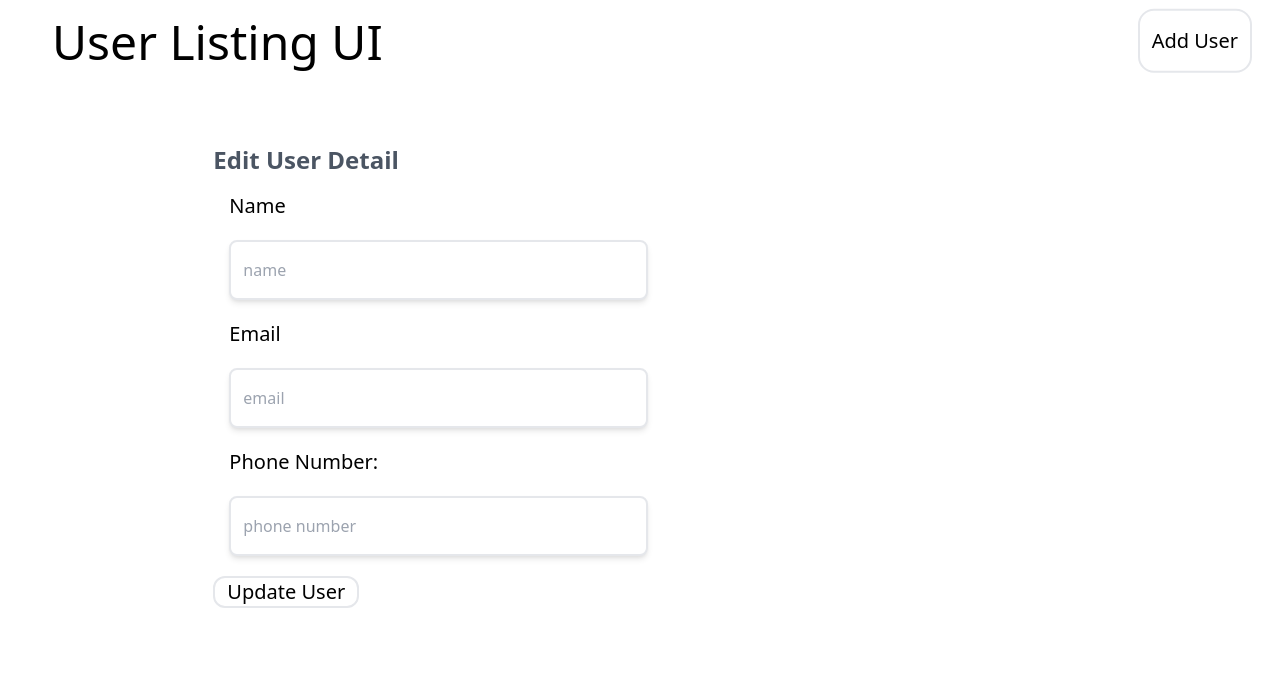
Repository: Marlstergo/listings
Page: /order (app in client/)
An editor plug-in stored every save of this project. The page is shown before and after the next save, followed by the edit.
The browser window is 1280 px wide. The pictures show the whole page.
The project was rebuilt for these pictures with package versions that can differ from the ones it lists, and the page was loaded fresh each time. Also part of the build but not shown: client/craco.config.js, client/src/components/Loader.js, client/src/components/UserRow.jsx, client/src/components/Home.js, client/src/components/Modal.js. Imported but missing from the stored project, and not drawn on this page: client/src/components/Base, client/src/components/Toppings.

Above is the page before, as saved 2021-07-21 16:01:15.

### client/src/index.js
/* eslint-disable no-unused-vars */
import React from "react";
import ReactDOM from "react-dom";
import "./index.css";
import App from "./App";
import reportWebVitals from "./reportWebVitals";
import { BrowserRouter as Router } from 'react-router-dom';
import { Provider } from "react-redux";
import { store } from "./redux/store";
import { PersistGate } from "redux-persist/integration/react";
import { persistor } from "./redux/store";

ReactDOM.render(
  <React.StrictMode>
    <Provider store={store}>
      <Router>
        <PersistGate persistor={persistor}>
          <App />
        </PersistGate>
      </Router>
    </Provider>
  </React.StrictMode>,
  document.getElementById("root")
);

// If you want to start measuring performance in your app, pass a function
// to log results (for example: reportWebVitals(console.log))
// or send to an analytics endpoint. Learn more: https://bit.ly/CRA-vitals
reportWebVitals();

### client/src/App.js
import React, { useState } from 'react';
import {BrowserRouter, Route, Switch, useLocation } from "react-router-dom";
import Header from './components/Header';
import Home from './components/Home';
import Base from './components/Base';
import Toppings from './components/Toppings';
import Order from './components/EditUser';
import Modal from './components/Modal';
import { AnimatePresence } from 'framer-motion';

function App() {
  const location = useLocation();
  const showModal = true;

  return (
    <>
      <Header />
      {/* <Modal showModal={showModal} /> */}
      <AnimatePresence exitBeforeEnter>
      <BrowserRouter>
        <Switch >
          <Route
          exact
          name="home"
          path="/">
            <Home />
          </Route>
          {/* <Route exact path="/createUpdateUser">
            <Toppings />
          </Route> */}
          <Route path="/order"
          exact
          name="order">
            <Order />
          </Route>

        </Switch>
        </BrowserRouter>
      </AnimatePresence>

    </>
  );
}

export default App;

### client/src/redux/store.js
import { createStore, applyMiddleware } from "redux";
import { logger } from 'redux-logger';
import {persistStore} from 'redux-persist';
// import thunk from 'redux-thunk'
import createSagaMiddleware from 'redux-saga'

import rootSaga from './root-sagas'

import rootReducer from './root-reducer';

const sagaMiddleware = createSagaMiddleware()

const middleware = [sagaMiddleware];

if( process.env.NODE_ENV === 'development'){
    middleware.push(logger)
}

export const store = createStore(rootReducer, applyMiddleware(...middleware))

sagaMiddleware.run(rootSaga)

export const persistor = persistStore(store)

export default (store, persistor);

### client/src/components/Header.js
import React from "react";
import { motion } from "framer-motion";

const svgVariants = {
  hidden: { rotate: -180 },
  visible: {
    rotate: 0,
    transition: { duration: 1 },
  },
};

const pathVariants = {
  hidden: {
    opacity: 0,
    pathLength: 0,
  },
  visible: {
    opacity: 1,
    pathLength: 1,
    transition: {
      duration: 2,
      ease: "easeInOut",
    },
  },
};

const buttonVariants = {
  show: {
    y: [0, -20],
    x: 0,
    textShadow: "0px 0px 8px rgb(255,255,255)",
    boxShadow: "0px 0px 8px rgb(255,255,255)",
    transition: {
      duration: 0.3,
      yoyo: Infinity,
      ease: 'easeOut'
    },
  },
};

const Header = () => {
  return (
    <header className="flex p-7 w-screen justify-between  items-center">
      {/* <motion.div
        className="logo"
        drag
        dragConstraints={{ left: 0, top: 0, right: 0, bottom: 0 }}
        dragElastic={0.7}
      >

      </motion.div> */}
      <motion.div
        className=" flex justify-between w-full ml-6 text-xs"
        initial={{ y: -250 }}
        animate={{ y: -10 }}
        transition={{ delay: 0.2, type: "spring", stiffness: 120 }}
      >
        <h1 className=" pb-4 text-5xl">User Listing UI</h1>
        <motion.button variants={buttonVariants} whileHover="hover"
        animate="show"
        className="text-xl border-2 px-3 rounded-2xl"
        >
          Add User
        </motion.button>
      </motion.div>
    </header>
  );
};

export default Header;

### client/src/components/EditUser.js
import React, { useEffect, useState } from 'react';
import { motion } from 'framer-motion';

const containerVariants = {
  hidden: {
    opacity: 0,
    x: '100vw',
    transition: {
      staggerChildren: 0.5,
    }
  },
  visible: {
    opacity: 1,
    x: 0,
    transition: {
      type: 'spring',
      mass: 0.4,
      damping: 8,
      staggerChildren: 0.4,
      when: "beforeChildren",
    }
  },
};

const childVariants = {
  hidden: {
    opacity: 0,
  },
  visible: {
    opacity: 1,
  }
}

const Order = () => {
  const [userDetails, setUserDetail] = useState({

    name:'',
    email:'',
    phone:'',
  })
  const change =(e)=>{
    const {value, name}= e.target;
    setUserDetail({...userDetails, [name]:value})
  }
  console.log(userDetails)
  return (
    <motion.div className="container order flex justify-center"
      variants={containerVariants}
      initial="hidden"
      animate="visible"
      exit="exit"
    >
      <div className="w-2/3 ">
        <h1 className="text-gray-600 font-semibold pt-6 mb-4 focus:border-gray-500 focus:outline-none focus:ring-0 text-2xl">Edit User Detail</h1>

      <motion.form variants={childVariants} className="pl-4">
        <div className="flex flex-col">
          <label className="text-xl mb-5" htmlFor="">Name</label>
          <input handleChange={change} type="text" name="name"
          className="px-3 py-4 w-1/2 border-2 rounded-lg shadow-md" id="name" placeholder="name" />
        </div>
        <div className="flex flex-col">
          <label handleChange={change} className="text-xl my-5" htmlFor="">Email</label>
          <input type="text" name="email"
          className="px-3 py-4 w-1/2 rounded-lg shadow-md border-2"
          placeholder="email"
          id="email" />
        </div>
        <div className="flex flex-col">
          <label htmlFor="phone" className="text-xl my-5" >Phone Number:</label>
          <input handleChange={change} type="text" name="phone" className="px-3 py-4 w-1/2 rounded-lg shadow-md border-2" id="phone" placeholder="phone number"/>
        </div>
      </motion.form>
      <button className="text-xl border-2 px-3 rounded-xl mt-5 ">Update User</button>
      <motion.div variants={childVariants}>

      </motion.div>
      </div>
    </motion.div>
  )
}

export default Order;

### client/src/redux/root-sagas.js
import {all, call} from 'redux-saga/effects'
import {userSagas} from './user/user.sagas'


export default function* rootSaga(){
    yield all([
        call(userSagas),
    ])
}

### client/src/redux/root-reducer.js
import {combineReducers} from 'redux'
import userReducer from './user/user.reducer'
// import cartReducer from './cart/cart.reducer'
import {persistReducer} from 'redux-persist'
import storage from 'redux-persist/lib/storage'
// import directoryReducer from './directory/directory.reducer'
// import shopReducer from './shop/shop.reducer'

const persistConfig ={
    key: 'root',
    storage,
    whitelist: ['' ]
}
const rootReducer = combineReducers({
    user: userReducer,

})
export default persistReducer(persistConfig, rootReducer)

### client/src/redux/user/user.sagas.js
import { all, call, put, takeLatest } from "redux-saga/effects";

import UserActionTypes from "./user.types";
import { loadUserDetail } from "./user.action";
// import axios from "axios";
// import { getUserDetailsURL } from "../../components/stringConstants";

export function* getDetails() {
  yield console.log("i fired");

  // try {
  //   console.log("inside try");

  //   const res = yield axios.get(getUserDetailsURL);
  //   const data = yield res.data;
  //   console.log(res);
  //   yield put(loadUserDetail(data ? data.data[0] : {}));
  // } catch (err) {
  //   console.log(err.response);
  //   if (err.response && err.response.statusText === "Not Found") {
  //     // console.log("");
  //     window.location.href = "/profile/settings?newUser=0837";
  //   }
  // }
}

export function* getUserDetails() {
  yield takeLatest(UserActionTypes.GET_USER_DETAIL, getDetails);
}
// export function* loadUserDetails(){
//     yield takeLatest(UserActionTypes.LOAD_USER_DETAIL, loadDetails)
// }

export function* userSagas() {
  yield all([call(getUserDetails)]);
}

### client/src/redux/user/user.reducer.js
import UserActionTypes from "./user.types";
const INITIAL_STATE = {
  // currentUser: null,
  userDetail: {},
  demo: 'i am demo',
  location: null

};
const userReducer = (state = INITIAL_STATE, action) => {
  switch (action.type) {

    case UserActionTypes.LOAD_USER_DETAIL:
      return {
        ...state,
        userDetail: action.payload,
      };

    case UserActionTypes.COLLECT_GEOLOCATION:
      return {
        ...state,
        location: action.payload
      }
    default:
      return state;
  }
};

export default userReducer;

### client/src/redux/user/user.types.js
const UserActionTypes ={
    GOOGLE_SIGN_IN_START : 'GOOGLE_SIGN_IN_START',
    SIGN_IN_SUCCESS : 'SIGN_IN_SUCCESS',
    SIGN_IN_FAILURE : 'SIGN_IN_FAILURE',
    GET_USER_DETAIL: 'GET_USER_DETAIL',
    LOAD_USER_DETAIL: 'LOAD_USER_DETAIL',
    COLLECT_GEOLOCATION: 'COLLECT_GEOLOCATION',
    FETCH_GEOLOCATION: 'FETCH_GEOLOCATION'
}
export default UserActionTypes;

### client/src/redux/user/user.action.js
import UserActionTypes from './user.types'



// export const googleSignInStart = () => ({
//     type: UserActionTypes.GOOGLE_SIGN_IN_START
// })

// export const signInSuccess = (user) => ({
//     type: UserActionTypes.SIGN_IN_SUCCESS,
//     payload: user
// })

export const getUserDetail = () => ({
    type: UserActionTypes.GET_USER_DETAIL,

})
export const loadUserDetail = (details) => ({
    type: UserActionTypes.LOAD_USER_DETAIL,
    payload: details
})

export const fetchGeoloction = () => ({
    type: UserActionTypes.FETCH_GEOLOCATION
})
export const collectGeolocation = (location) => ({
    type: UserActionTypes.COLLECT_GEOLOCATION,
    payload: location
})
// })

### client/tailwind.config.js
  // tailwind.config.js
  module.exports = {
    // mode:'jit',
    purge: ['./src/**/*.{js,jsx,ts,tsx}', './public/index.html'],
     darkMode: false, // or 'media' or 'class'
     theme: {
       extend: {},
     },
     variants: {
       extend: {},
     },
     plugins: [],
   }

Loaded but not shown: client/public/index.html (common file); client/src/index.css (common file); client/src/reportWebVitals.js (common file)

After the next save:
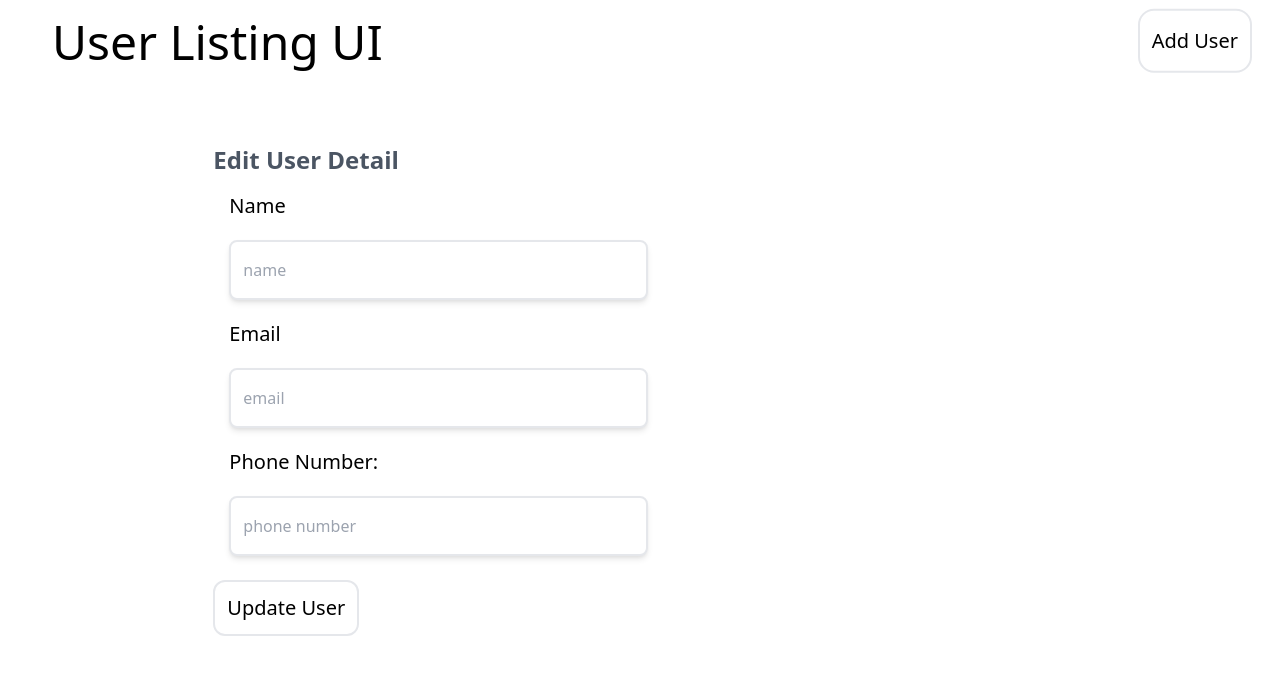
Saved 17 s later.
--- a/client/src/components/EditUser.js
+++ b/client/src/components/EditUser.js
@@ -71,7 +71,7 @@ const Order = () => {
           <input handleChange={change} type="text" name="phone" className="px-3 py-4 w-1/2 rounded-lg shadow-md border-2" id="phone" placeholder="phone number"/>
         </div>
       </motion.form>
-      <button className="text-xl border-2 px-3 rounded-xl mt-5 ">Update User</button>
+      <button className="text-xl py-3 border-2 px-3 rounded-xl mt-6 ">Update User</button>
       <motion.div variants={childVariants}>
 
       </motion.div>
